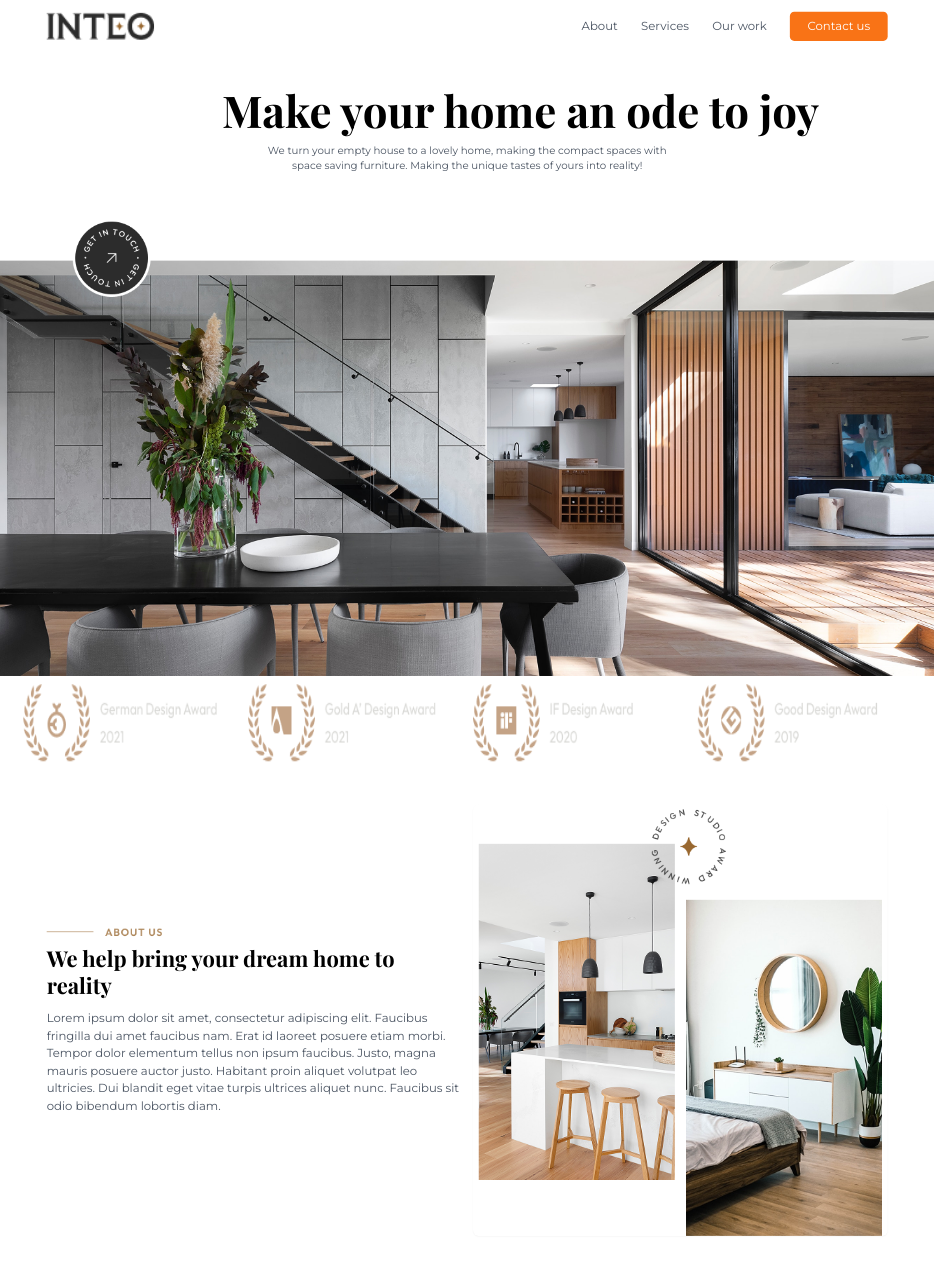
Repository: CatherinneJ/responsive-tailwind-website
Page: tailwind.html
An editor plug-in stored every save of this project. The page is shown before and after the next save, followed by the edit.
The browser window is 1280 px wide. The pictures show the whole page, at 73% of full size.
Some web libraries are served in a nearby version.

Above is the page before, as saved 2025-05-21 19:13:38.

After the next save:
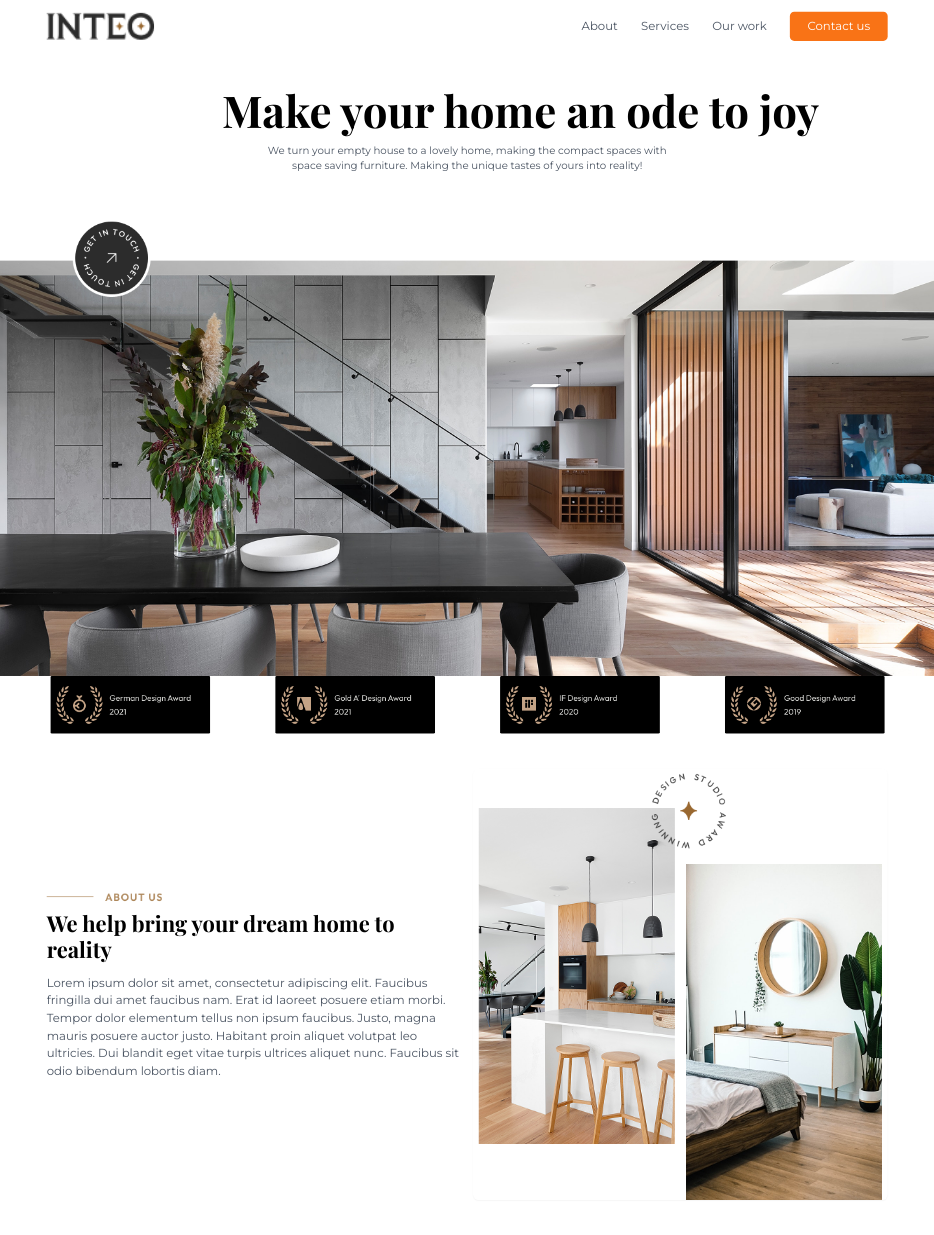
Saved 95 s later.
--- a/tailwind.html
+++ b/tailwind.html
@@ -43,18 +43,10 @@
 
   <section id="awards" class="mt-0 px-4 sm:px-6">
  <div class="grid grid-cols-1 md:grid-cols-2 lg:grid-cols-4 gap-4 px-2">
-        <img src="./Assets/Awards1.png"
-             class="w-full lg:w-auto lg:h-32 lg:flex-none"
-             alt="award1">
-        <img src="./Assets/Awards 2.png"
-             class="w-full lg:w-auto lg:h-32 lg:flex-none"
-             alt="award2">
-        <img src="./Assets/Awards 3.png"
-             class="w-full lg:w-auto lg:h-32 lg:flex-none"
-             alt="award3">
-        <img src="./Assets/Awards 4.png"
-             class="w-full lg:w-auto lg:h-32 lg:flex-none"
-             alt="award4">
+       <img src="./Assets/Awards1.png" class="w-3/4 mx-auto bg-black p-2 rounded-sm" alt="award1">
+<img src="./Assets/Awards 2.png" class="w-3/4 mx-auto bg-black p-2 rounded-sm" alt="award2">
+<img src="./Assets/Awards 3.png" class="w-3/4 mx-auto bg-black p-2 rounded-sm" alt="award3">
+<img src="./Assets/Awards 4.png" class="w-3/4 mx-auto bg-black p-2 rounded-sm" alt="award4">
     </div>
 </section>
 
